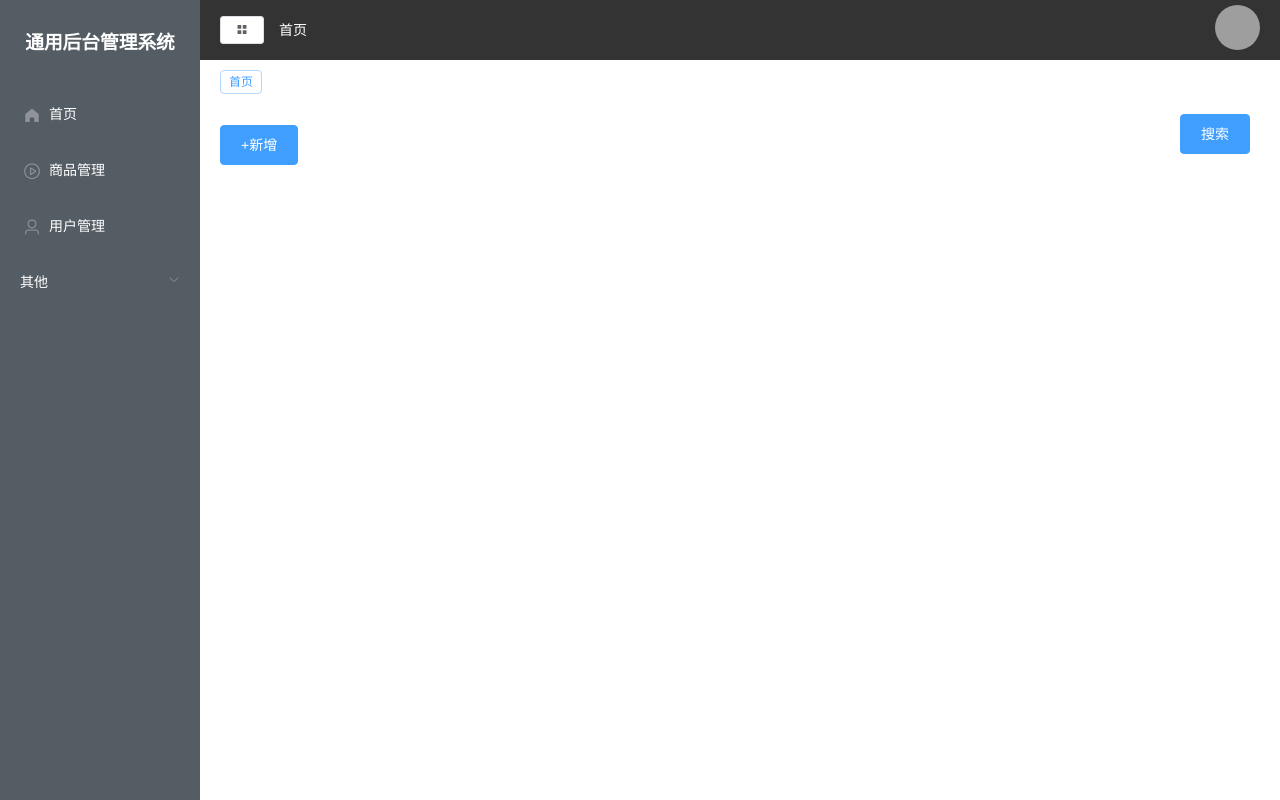
Repository: zhangwen001208/cmd
Page: /user
These files come from the project's save history. The page is drawn as it stood at one moment and after the next save; the edit follows.
The browser window is 1280 px wide. The pictures show the whole page.
Pictures or frames that could not be fetched are drawn as grey boxes. The project was rebuilt for these pictures with package versions that can differ from the ones it lists, and the page was loaded fresh each time. Also part of the build but not shown: vue.config.js.

Above is the page before, as saved 2022-08-31 09:59:59.

After the next save:
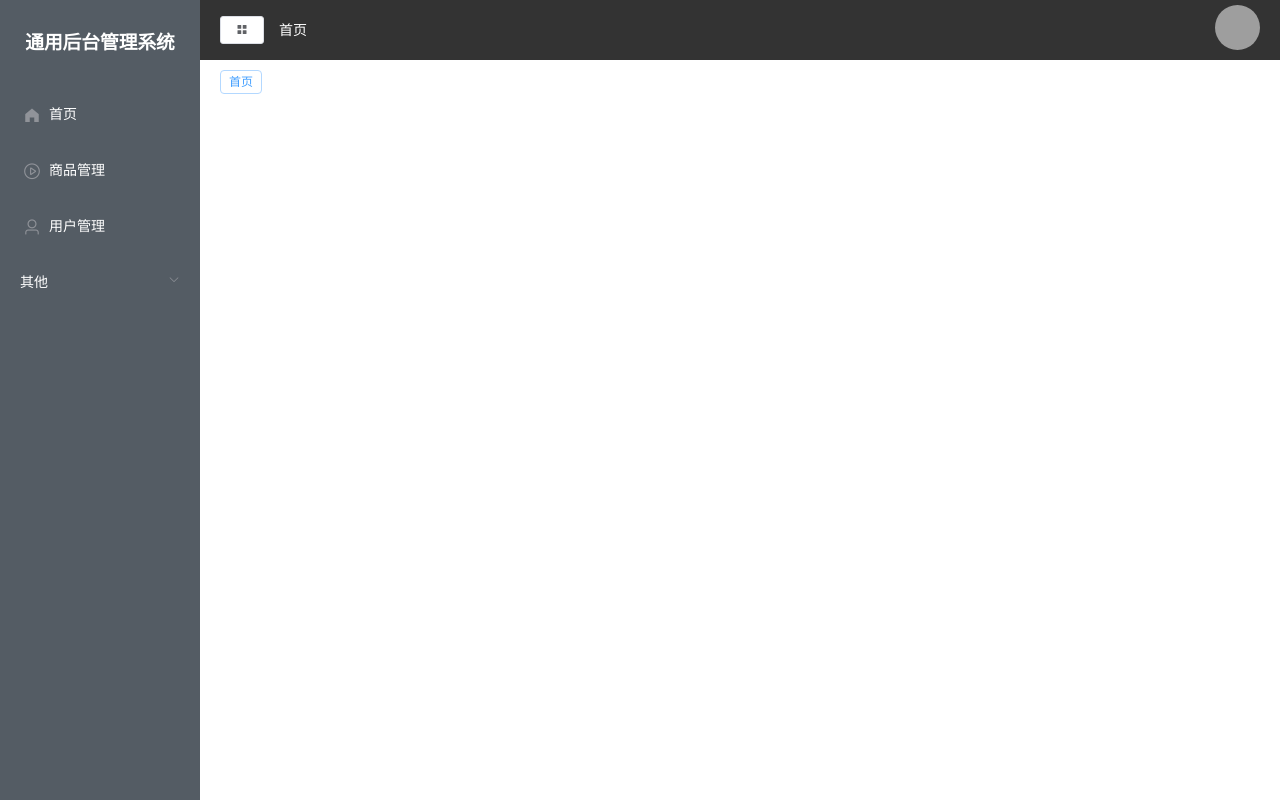
Saved 6 min 2 s later.
--- a/src/views/user/user.vue
+++ b/src/views/user/user.vue
@@ -1,165 +1,17 @@
 <!-- eslint-disable vue/multi-word-component-names -->
 <template>
     <div class="manage">
-        <el-dialog
-        :title= "operateType === 'add'? '新增用户': '更新用户'"
-        :visible.sync = 'isShow' >
-        <common-form
-        :FormLabel= "opertateFormLabel"
-        :form= "operateForm"
-        :inline= "true"
-        ref="form">
-        </common-form>
-        <div slot="footer" class="dialog-footer">
-            <el-button @click="isShow = false">取消</el-button>
-            <el-button type="primary" @click="confirm">确定</el-button>
-        </div>
-        </el-dialog>
-        <div class="manage-header">
-            <el-button type="primary" @click="addUser">+新增</el-button>
-            <div class="search">
-                 <common-form class="header"
-                    :formLabel= "formLabel"
-                    :form= "searchFrom"
-                    :inline= "true"
-                    ref="form">
-            <el-button type="primary" @click="getList">搜索</el-button>
-
-            </common-form>
-
-            </div>
-
-        </div>
 
 
     </div>
 </template>
 
 <script>
-import commonForm from '@/components/commonForm.vue'
     export default {
-      components:
-       { commonForm },
-       data() {
-        return {
-            operateType: 'add',
-            isShow: false,
-            opertateFormLabel: [
-                {
-                    model: 'name',
-                    label: '姓名',
-                    type: 'input'
-                },
-                {
-                    model: 'age',
-                    label: '年龄',
-                    type: 'input'
-                },
-                {
-                    model: 'sex',
-                    label: '性别',
-                    type: 'select',
-                    opts: [
-                        {
-                            label: '男',
-                            value: 1
-                        },
-                        {
-                            label: '女',
-                            value: 0
-
-                        }
-                    ]
-                },
-                {
-                    model: 'birth',
-                    label: '出生日期',
-                    type: 'date'
-                },
-                {
-                    model: 'addr',
-                    label: '地址',
-                    type: 'input'
-                }
-
-
-
-
-            ],
-            operateForm: {
-                name: '',
-                addr: '',
-                age: '',
-                birth: '',
-                sex: ''
-            },
-            formLabel: [
-                {
-                    model: 'keyword',
-                    label: '',
-                    type: 'input'
-                }
-            ],
-            searchFrom: {
-                keyword: ''
-            }
-
-
-        }
-       },
-       methods: {
-        confirm() {
-          if(this.operateType === 'edit') {
-            this.$http.post('/user/edit', this.operateForm).then(res => {
-                this.isShow = false
-                console.log(res)
-            })
-          }else {
-            this.$http.post('/user/add', this.operateForm).then(res => {
-                this.isShow = false
-                console.log(res)
-            })
-
-          }
-
-        },
-        addUser() {
-            this.isShow = true
-            this.operateType= 'add'
-            this.operateForm = {
-                 name: '',
-                addr: '',
-                age: '',
-                birth: '',
-                sex: ''
-
-            }
-
-
-        },
-        getList() {
-
-        }
-
-       }
 
     }
 </script>
 
-<style lang="less" scoped>
-.manage-header {
-    display: flex;
-    justify-content: space-between;
-    align-items: center;
-    .search {
-        display: flex;
-        justify-content: space-around;
-        align-items: center;
-        .el-form-item__content {
-            margin-top: 10px;
-        }
-    }
-
-}
+<style lang="scss" scoped>
 
 </style>
